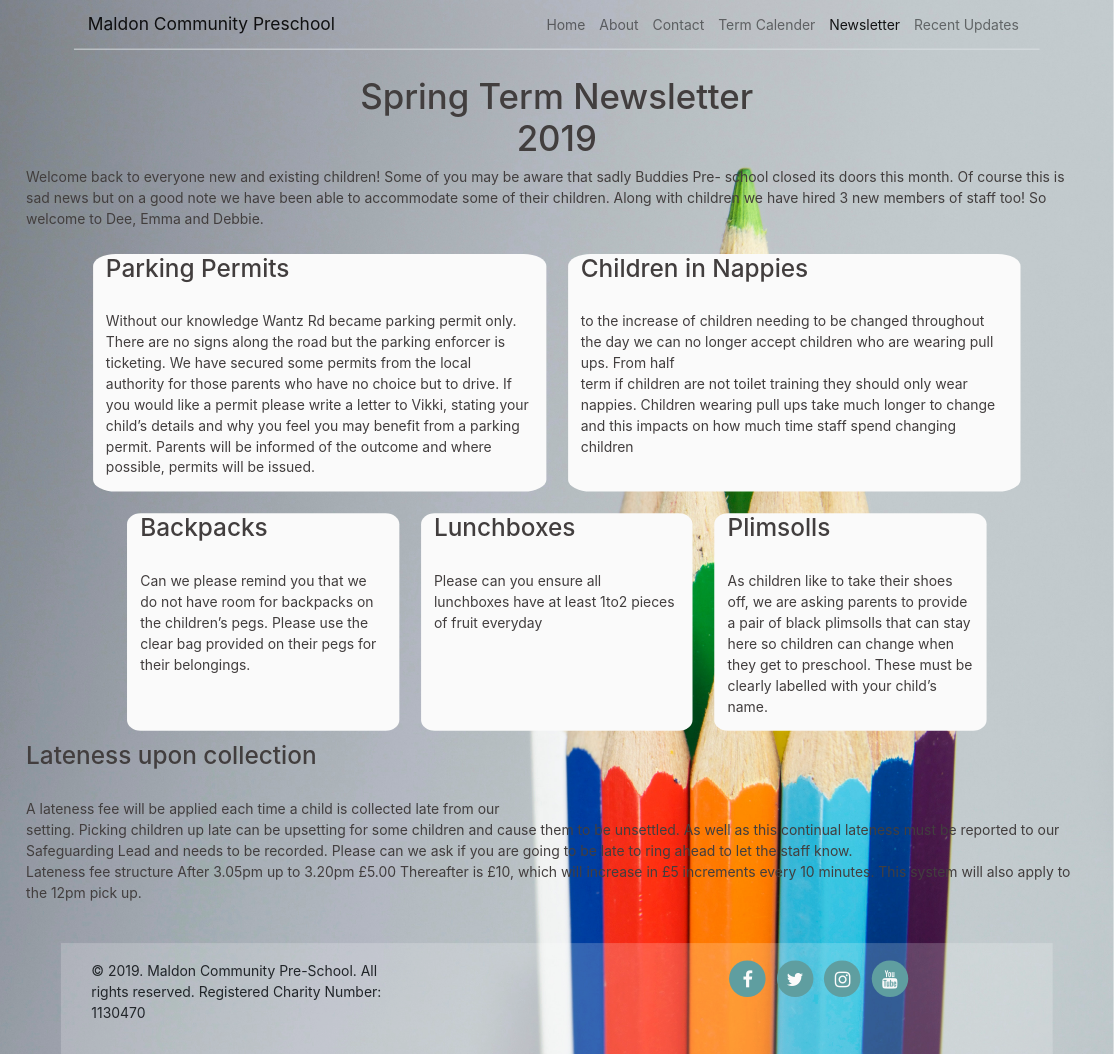
Repository: parkslee/milestone_1
Page: newsletter.html
The author's editor kept a record of every edit. The page is drawn from the files as they stood at one moment, then again after the next edit.
The browser window is 1280 px wide. The pictures show the whole page, at 87% of full size.
Some web libraries are served in a nearby version.

Above is the page before.

### newsletter.html
<!DOCTYPE html>
<html lang="en">

<head>
    <meta charset="UTF-8">
    <meta name="viewport" content="width=device-width, initial-scale=1.0">
    <meta http-equiv="X-UA-Compatible" content="ie=edge">
    <link rel="stylesheet" href="https://maxcdn.bootstrapcdn.com/bootstrap/4.2.1/css/bootstrap.min.css"
        type="text/css" />
    <link rel="stylesheet" href="https://maxcdn.bootstrapcdn.com/font-awesome/4.7.0/css/font-awesome.min.css"
        type="text/css" />
    <link rel="stylesheet" href="https://cdnjs.cloudflare.com/ajax/libs/hover.css/2.1.1/css/hover-min.css"
        type="text/css" />
    <link rel="stylesheet" href="assets\css\style.css">
    <title>newsletter</title>
</head>

<body class="newsletter-image">

    <header>
        <!----------------------------------------------------------------navigation-->
        <div class="container">
            <nav class="navbar navbar-expand-lg navbar-light bg-light border-bottom news-nav">
                <a class="navbar-brand" href="./index.html">Maldon Community Preschool</a>
                <button class="navbar-toggler" type="button" data-toggle="collapse" data-target="#navbarNav"
                    aria-controls="navbarNav" aria-expanded="false" aria-label="Toggle navigation">
                    <span class="navbar-toggler-icon"></span>
                </button>
                <div class="collapse navbar-collapse" id="navbarNav">
                    <ul class="navbar-nav text-center ml-auto">
                        <li class="nav-item">

                            <a class="nav-link" href="./index.html">Home </a>
                        </li>
                        <li class="nav-item">
                            <a class="nav-link" href="./about.html">About</a>
                        </li>
                        <li class="nav-item">
                            <a class="nav-link" href="./contact.html">Contact</a>
                        </li>
                        <li class="nav-item">
                            <a class="nav-link" href="./calender.html">Term Calender</a>
                        </li>
                        <li class="nav-item active">
                            <a class="nav-link" href="./newsletter.html">Newsletter<span
                                    class="sr-only">(current)</span></a>
                        </li>
                        <li class="nav-item newstext">
                            <a class="nav-link" href="./updates.html">Recent Updates</a>
                        </li>
                    </ul>
                </div>
            </nav>
        </div>
    </header>
    <div class="newsletter-content">
        <div class="row">
            <div class="col">
                <h1>Spring Term Newsletter

                    <br>2019</h1>

                <p>Welcome back to everyone
                    new and existing children!
                    Some of you may be aware
                    that sadly Buddies Pre-
                    school closed its doors this
                    month. Of course this is
                    sad news but on a good
                    note we have been able to
                    accommodate some of
                    their children. Along with
                    children we have hired 3
                    new members of staff too!
                    So welcome to Dee, Emma
                    and Debbie.</p>

            </div>
        </div>
        <div class="row justify-content-center">
            <div class="col-sm-12 col-md-5 newsletter-blocks">
                <h3>Parking Permits</h3>
                <br>
                <p> Without our knowledge
                    Wantz Rd became parking
                    permit only. There are no
                    signs along the road but
                    the parking enforcer is
                    ticketing. We have secured
                    some permits from the
                    local authority for those
                    parents who have no
                    choice but to drive. If you
                    would like a permit please
                    write a letter to Vikki,
                    stating your child’s details
                    and why you feel you may
                    benefit from a parking
                    permit. Parents will be
                    informed of the outcome
                    and where possible,
                    permits will be issued.</p>

            </div>

            <div class="col-sm-12 col-md-5 newsletter-blocks">
                <h3>Children in Nappies</h3>
<br>
                <p> to the increase of
                    children needing to be
                    changed throughout the
                    day we can no longer
                    accept children who are
                    wearing pull ups. From half
                    <br>

                    term if children are not
                    toilet training they should
                    only wear nappies.
                    Children wearing pull ups
                    take much longer to
                    change and this impacts on
                    how much time staff spend
                    changing children</p>

            </div>


        </div>

        <div class="row justify-content-center">
            <div class="col-sm-6 col-md-3 newsletter-blocks">
                <h3>Backpacks</h3>
                <br>
                <p>Can we please remind you
                    that we do not have room
                    for backpacks on the
                    children’s pegs. Please use
                    the clear bag provided on
                    their pegs for their
                    belongings.</p>

            </div>

            <div class="col-sm-6 col-md-3 newsletter-blocks">
                <h3> Lunchboxes</h3>
                <br>
                <p>Please can you ensure all
                    lunchboxes have at least
                    1to2 pieces of fruit
                    everyday</p>
            </div>

            <div class="col-sm-12 col-md-3 newsletter-blocks">

                <h3> Plimsolls</h3>
                <br>
                <p>As children like to take
                    their shoes off, we are
                    asking parents to provide a
                    pair of black plimsolls that
                    can stay here so children
                    can change when they get
                    to preschool. These must
                    be clearly labelled with
                    your child’s name.</p>

            </div>

        </div>

        <div class="row">
            <div class="col-sm-12 newsletter-blocks2">
                   <h3>Lateness upon collection</h3>
                   <br>
                   <p>A lateness fee will be
                    applied each time a child is
                    collected late from our
                    <br>
                    setting. Picking children up
                    late can be upsetting for
                    some children and cause
                    them to be unsettled. As
                    well as this continual
                    lateness must be reported
                    to our Safeguarding Lead
                    and needs to be recorded.
                    Please can we ask if you
                    are going to be late to ring
                    ahead to let the staff
                    know.<br>
                    Lateness fee structure
                    After 3.05pm up to 3.20pm
                    £5.00
                    Thereafter is £10, which
                    will increase in £5
                    increments every 10
                    minutes. This system will
                    also apply to the 12pm pick
                    up.</p>
            </div>
        </div>


    </div>


   <!---------------------------first footer only displayed on desktop view-------------------->
    <!------https://medium.com/wdstack/bootstrap-4-hidden-visible-dd969a4c5854 tutorial for display properties bootstrap---->
    <div class="container">
            <footer class="d-none d-md-block">



                <div id="footer-details" class="row">
                    <div class="col-sm-4">
                        <p class="inline-block charity">
                            © 2019. Maldon Community Pre-School. All rights reserved.
                            Registered Charity Number: 1130470 </p>
                    </div>

                    <div class="col-sm-4 ml-auto">
                         <ul class="list-inline social-links">
                            <li class="list-inline-item">
                                <a target="_blank" href="https://facebook.com">
                                    <i class="fa fa-facebook" aria-hidden="true"></i>
                                    <span class="sr-only">Facebook</span>
                                </a>
                            </li>
                            <li class="list-inline-item">
                                <a target="_blank" href="https://twitter.com">
                                    <i class="fa fa-twitter" aria-hidden="true"></i>
                                    <span class="sr-only">Twitter</span>
                                </a>
                            </li>
                            <li class="list-inline-item">
                                <a target="_blank" href="https://instagram.com">
                                    <i class="fa fa-instagram" aria-hidden="true"></i>
                                    <span class="sr-only">Instagram</span>
                                </a>
                            </li>
                            <li class="list-inline-item">
                                <a target="_blank" href="https://youtube.com">
                                    <i class="fa fa-youtube" aria-hidden="true"></i>
                                    <span class="sr-only">YouTube</span>
                                </a>
                            </li>
                        </ul>
                    </div>
                </div>
            </footer>
        </div>



        <!----second footer for mobile view (charity number hidden as to cluttered on mobile view)  -->
        <!------https://medium.com/wdstack/bootstrap-4-hidden-visible-dd969a4c5854 tutorial for display properties bootstrap---->
        <footer class="d-md-none">
            <div id="footer-mobile">
                <ul class="list-inline social-links">
                    <li class="list-inline-item">
                        <a target="_blank" href="https://facebook.com">
                            <i class="fa fa-facebook" aria-hidden="true"></i>
                            <span class="sr-only">Facebook</span>
                        </a>
                    </li>
                    <li class="list-inline-item">
                        <a target="_blank" href="https://instagram.com">
                            <i class="fa fa-instagram" aria-hidden="true"></i>
                            <span class="sr-only">Instagram</span>
                        </a>
                    </li>
                    <li class="list-inline-item">
                        <a target="_blank" href="https://youtube.com">
                            <i class="fa fa-youtube" aria-hidden="true"></i>
                            <span class="sr-only">YouTube</span>
                        </a>
                    </li>
                </ul>
            </div>
        </footer>

    <script src="https://code.jquery.com/jquery-3.3.1.slim.min.js"
        integrity="sha384-q8i/X+965DzO0rT7abK41JStQIAqVgRVzpbzo5smXKp4YfRvH+8abtTE1Pi6jizo"
        crossorigin="anonymous"></script>
    <script src="https://cdnjs.cloudflare.com/ajax/libs/popper.js/1.14.7/umd/popper.min.js"
        integrity="sha384-UO2eT0CpHqdSJQ6hJty5KVphtPhzWj9WO1clHTMGa3JDZwrnQq4sF86dIHNDz0W1"
        crossorigin="anonymous"></script>
    <script src="https://stackpath.bootstrapcdn.com/bootstrap/4.3.1/js/bootstrap.min.js"
        integrity="sha384-JjSmVgyd0p3pXB1rRibZUAYoIIy6OrQ6VrjIEaFf/nJGzIxFDsf4x0xIM+B07jRM"
        crossorigin="anonymous"></script>
</body>

</html>

### assets/css/style.css

/*---------------------------------------------------------index.html---------------*/

.bgimage {
    background-image: url(../images/home-bg.jpg);
    background-size: cover;
    height: 100vh;
    background-repeat: no-repeat;
}

.bg-light {
    background-color: rgb(255, 255, 255, 0.0) !important;
}

.jumbotron {
    margin: 5% 5%;
    box-shadow: 10px 10px rgb(95, 158, 160, 0.5);
    background-color: rgb(255, 240, 245, 0.8);
}



.btn-primary {
    color: #fafafa;
    background-color: #866ecd;
    border-color: #866ccd;
}

.newsletter {
    background-color:#fafafa;
    position: relative;
    color: #423e3e;
    margin-bottom: 20px;

    padding: 30px;
    border-radius: 5%;

}
.newsletter h1{
   padding-top: 5px;
    text-align: center;
}

.updates-index {
    background-color: rgb(95, 158, 160);
    color:#423e3e;
    margin-bottom: 20px;
    border-radius: 5%;
    padding: 50px;
}

.updates-index h1{
    text-align: center;
}


/*-------------------------------------------------------footer------------*/

.social-links {
    padding-bottom: 0px;
}

.social-links li a i {
    width: 42px;
    height: 42px;
    padding: 12px 0;
    border-radius: 50%;
    font-size: 21px;
    line-height: 19px;
    text-align: center;
    color: #fafafa;
    background: cadetblue;
    transition: all 0.35s ease-in-out;
    -moz-transition: all 0.35s ease-in-out;
    -webkit-transition: all 0.35s ease-in-out;
    -o-transition: all 0.35s ease-in-out;
}

.social-links li a i:hover {
    background: #dc3545;
}

#footer-details {
    padding: 20px;
    background-color: rgb(255, 255, 255, 0.2);
    position: relative;
    left: 0;
    bottom: 0;
}

#footer-mobile {
    padding: 20px;
    background-color: rgb(255, 255, 255, 0.0);
    width: 100%;
    text-align: center;
}

/*---------------------------------------------------------------contact page--------------------*/

.contact-image {
    background-image: url(../images/contact-bg.jpg);
    background-size: cover;
    height: 100%;
    background-repeat: no-repeat;
}

form{
    margin: 20px;
}

.form-control{
    background-color: rgb(255, 240, 245,0.8);
}

.contact-btn{
    background-color: cadetblue;
    border-color: cadetblue;
}

/*------------------------------------------------------------------------- About--------------*/
.about-image{
    background-image: url(../images/about-bg.jpg);
    background-size: cover;
    height: 100%;
    background-repeat: no-repeat;
    background-position: 55%;

}

.about-content{
    text-align: center;
        color: #423e3e;

}

/*-------------------------------------------------------------------------calender---------------*/
.calender-image{
    background-image: url(../images/pencil_glass.jpg);
    background-size: cover;
    height: 100%;
    background-repeat: no-repeat;
    background-position: 55%;

}

/*------------------------------------------time line--------------------*/
/*-------bootstrap time line - https://bootsnipp.com/snippets/OzQj-------*/

.timeline {
    list-style: none;
    padding: 20px 0 20px;
    position: relative;
}

    .timeline:before {
        top: 0;
        bottom: 0;
        position: absolute;
        content: " ";
        width: 3px;
        background-color: #eeeeee;
        left: 50%;
        margin-left: -1.5px;
    }

    .timeline > li {
        margin-bottom: 20px;
        position: relative;
    }

        .timeline > li:before,
        .timeline > li:after {
            content: " ";
            display: table;
        }

        .timeline > li:after {
            clear: both;
        }

        .timeline > li:before,
        .timeline > li:after {
            content: " ";
            display: table;
        }

        .timeline > li:after {
            clear: both;
        }

        .timeline > li > .timeline-panel {
            width: 46%;
            float: left;
            border: 1px solid #d4d4d4;
            border-radius: 2px;
            padding: 20px;
                background-color: #fafafa;
            position: relative;
            -webkit-box-shadow: 0 1px 6px rgba(0, 0, 0, 0.175);
            box-shadow: 0 1px 6px rgba(0, 0, 0, 0.175);
        }

            .timeline > li > .timeline-panel:before {
                position: absolute;
                top: 26px;
                right: -15px;
                display: inline-block;
                border-top: 15px solid transparent;
                border-left: 15px solid #ccc;
                border-right: 0 solid #ccc;
                border-bottom: 15px solid transparent;
                content: " ";
            }

            .timeline > li > .timeline-panel:after {
                position: absolute;
                top: 27px;
                right: -14px;
                display: inline-block;
                border-top: 14px solid transparent;
                border-left: 14px solid #fff;
                border-right: 0 solid #fff;
                border-bottom: 14px solid transparent;
                content: " ";
            }

        .timeline > li > .timeline-badge {
            color: #fff;
            width: 50px;
            height: 50px;
            line-height: 50px;
            font-size: 1.4em;
            text-align: center;
            position: absolute;
            top: 16px;
            left: 50%;
            margin-left: -25px;
            background-color: #999999;
            z-index: 100;
            border-top-right-radius: 50%;
            border-top-left-radius: 50%;
            border-bottom-right-radius: 50%;
            border-bottom-left-radius: 50%;
        }

        .timeline > li.timeline-inverted > .timeline-panel {
            float: right;
        }

            .timeline > li.timeline-inverted > .timeline-panel:before {
                border-left-width: 0;
                border-right-width: 15px;
                left: -15px;
                right: auto;
            }

            .timeline > li.timeline-inverted > .timeline-panel:after {
                border-left-width: 0;
                border-right-width: 14px;
                left: -14px;
                right: auto;
            }

.timeline-badge.primary {
    background-color: #2e6da4 !important;
}

.timeline-badge.success {
    background-color: #3f903f !important;
}

.timeline-badge.warning {
    background-color: #28a745 !important;
}

.timeline-badge.danger {
    background-color: #d9534f !important;
}

.timeline-badge.info {
    background-color: #5bc0de !important;
}

.timeline-title {
    margin-top: 0;
    color: inherit;
}

.timeline-body > p,
.timeline-body > ul {
    margin-bottom: 0;
}

    .timeline-body > p + p {
        margin-top: 5px;
    }

@media (max-width: 767px) {
    ul.timeline:before {
        left: 40px;
    }

    ul.timeline > li > .timeline-panel {
        width: calc(100% - 90px);
        width: -moz-calc(100% - 90px);
        width: -webkit-calc(100% - 90px);
    }

    ul.timeline > li > .timeline-badge {
        left: 15px;
        margin-left: 0;
        top: 16px;
    }

    ul.timeline > li > .timeline-panel {
        float: right;
    }

        ul.timeline > li > .timeline-panel:before {
            border-left-width: 0;
            border-right-width: 15px;
            left: -15px;
            right: auto;
        }

        ul.timeline > li > .timeline-panel:after {
            border-left-width: 0;
            border-right-width: 14px;
            left: -14px;
            right: auto;
        }
}

/*----------------------------------------------------------------newsletter.html-------------*/
.newsletter-image{
    background-image: url(../images/newsletter-bg.jpg);
    background-size: cover;
    height: 100%;
    background-repeat: no-repeat;
    background-position: 75%;
}



.newsletter-content{
        color: #423e3e;
    padding: 30px;
}

.newsletter-content h1{
    text-align: center;
}

.newsletter-blocks{
    background-color: #fafafa;
    border-radius: 5%;
    margin:1%;

}


/*------------------------------------------------------------------updates.html-----------*/
.updates-image{
    background-image: url(../images/crayon-bg.jpg);
    background-size: cover;
    height: 100%;
    background-repeat: no-repeat;
    background-position: 50%;
}

.updates{
       color: #423e3e;

    padding: 30px;
}

.update-blocks{
    background-color: #fafafa;
    border-radius: 5%;
    margin:1%;
}


/*------------------------------------------------------------------------- media----------*/

@media only screen and (min-width: 768px) {


    .footer-details {
        position: absolute;
    }

    /*---contact page----*/
    form{
        margin: 50px;
    }

    .contact-image {
        height: 100%;

    }

}

After the next edit:
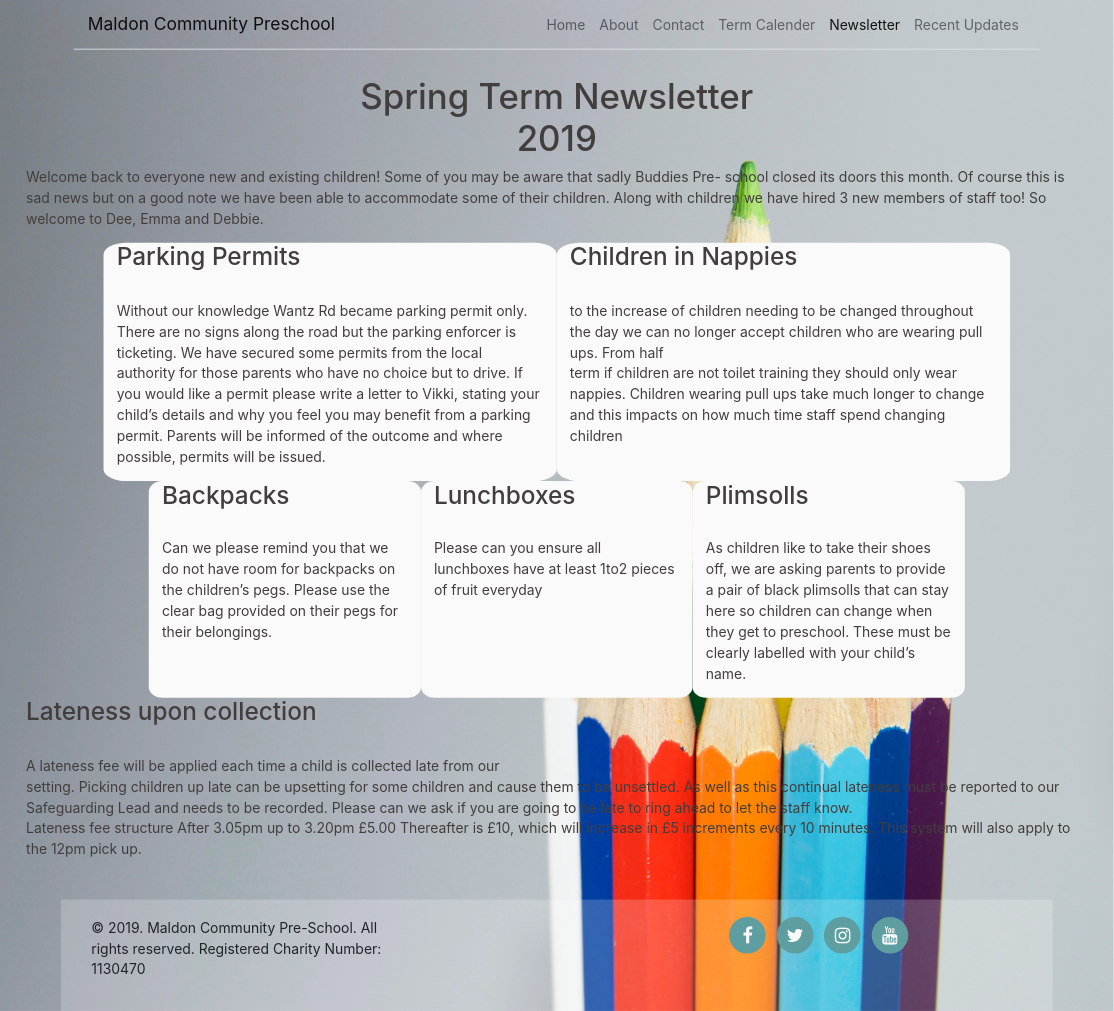
The edit:
--- a/assets/css/style.css
+++ b/assets/css/style.css
@@ -354,7 +354,7 @@ form{
 .newsletter-blocks{
     background-color: #fafafa;
     border-radius: 5%;
-    margin:1%;
+
 
 }
 
